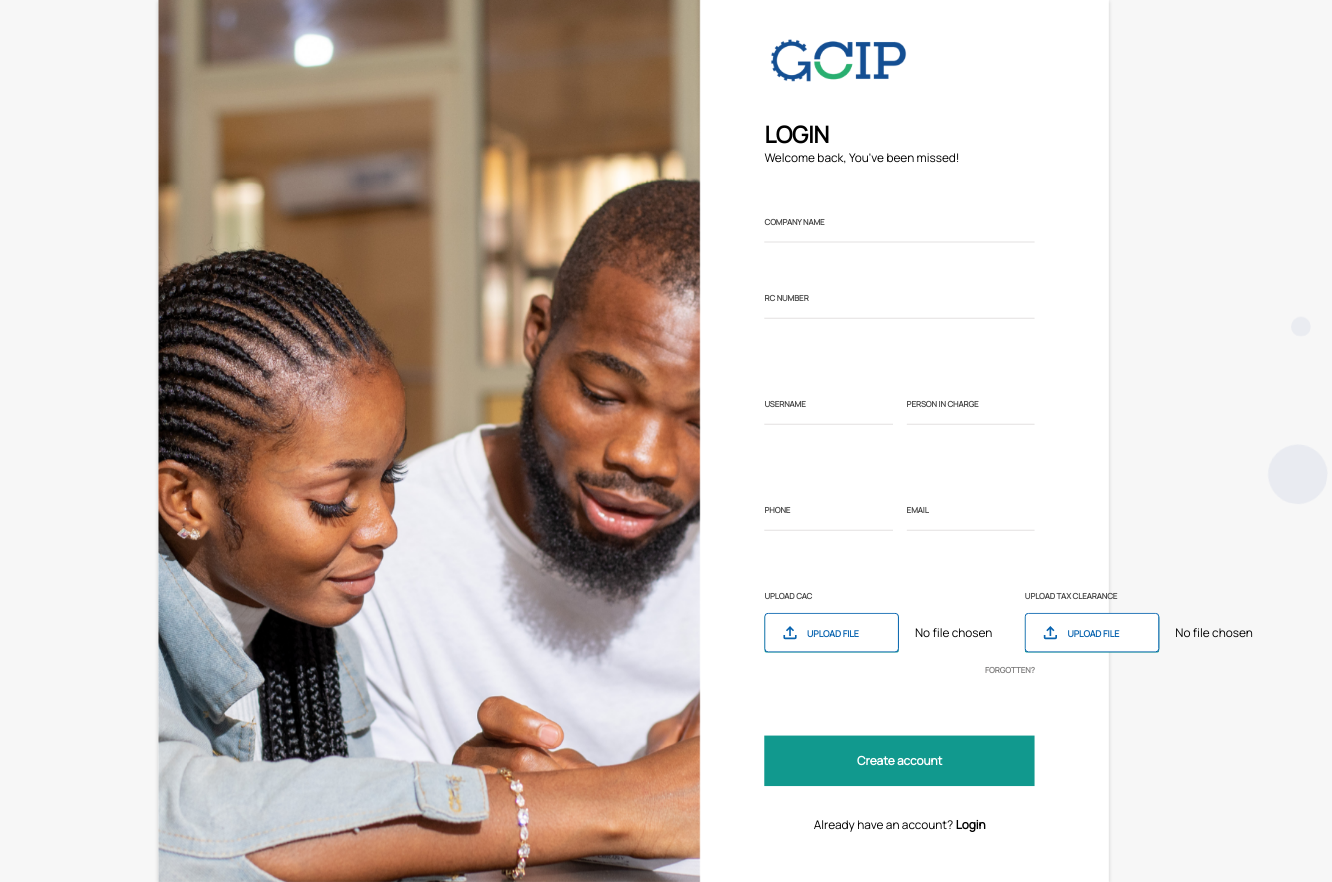
Repository: mualiyu/GCIP-Applicant-Portal
Page: /signup
These files come from the project's save history. The page is drawn as it stood at one moment and after the next save; the edit follows.
The browser window is 1280 px wide. The page is 1345 px wide, then 1284 px, so the pictures cover 1345 px, including what lies to the right of the window. The pictures show the whole page, at 99% of full size.
The project was rebuilt for these pictures with package versions that can differ from the ones it lists, and the page was loaded fresh each time. Also part of the build but not shown: vite.config.ts, src/pages/styles/login.css, src/components/Common.tsx, src/components/styles/input.css, src/components/Input.tsx, src/components/styles/button.css, src/assets/Colors/Colors.ts, src/components/Button.tsx and 83 more.

Above is the page before, as saved 2024-03-13 05:35:00.

After the next save:
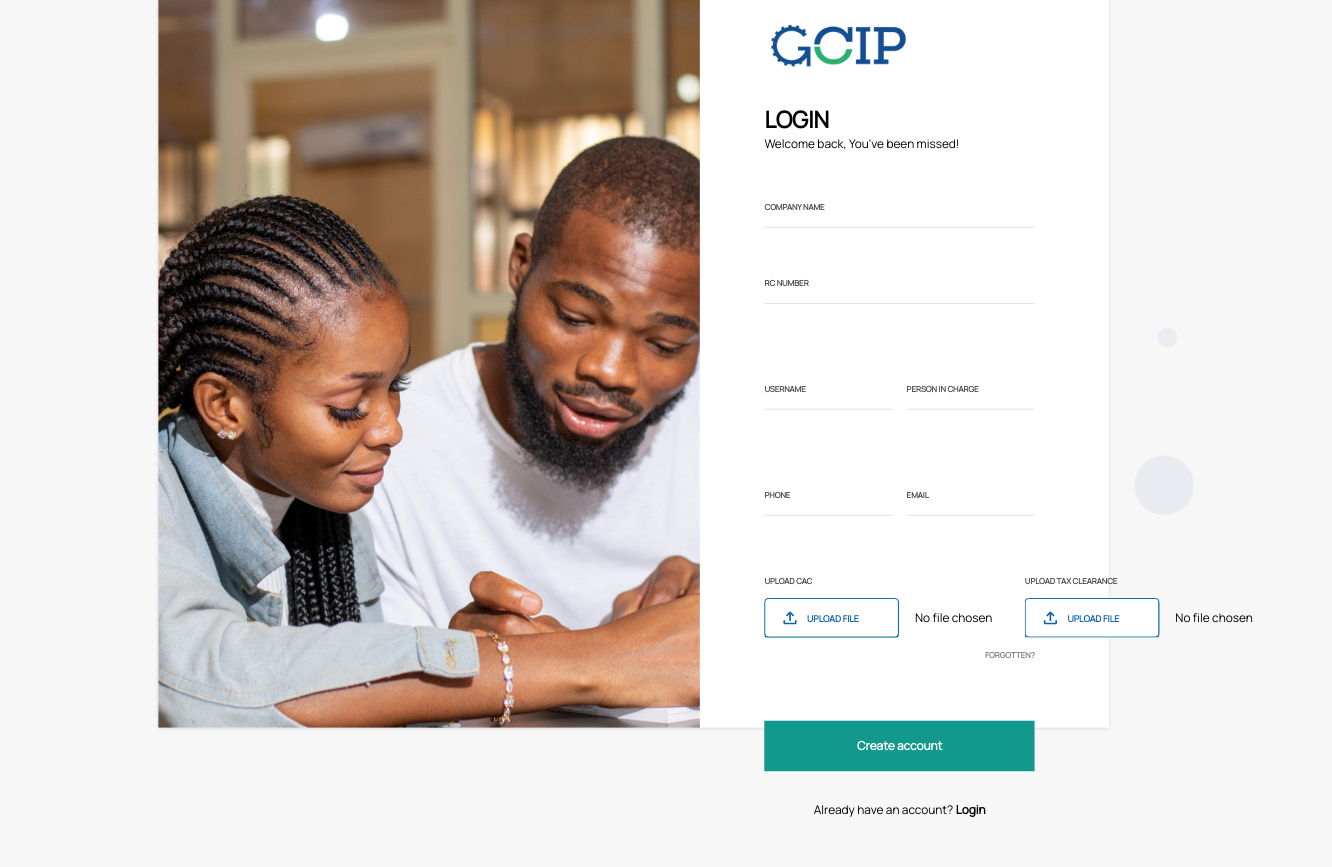
Saved 15 s later.
--- a/src/App.css
+++ b/src/App.css
@@ -619,6 +619,13 @@ body {
   top: 50%;
   transform: translate(-50%, -50%);
 }
+.auth_register {
+  height: 750px;
+    position: absolute;
+    left: 50%;
+    top: 50%;
+    transform: translate(-50%, -50%);
+}
 .form-container {
   padding: 35px ;
 }
